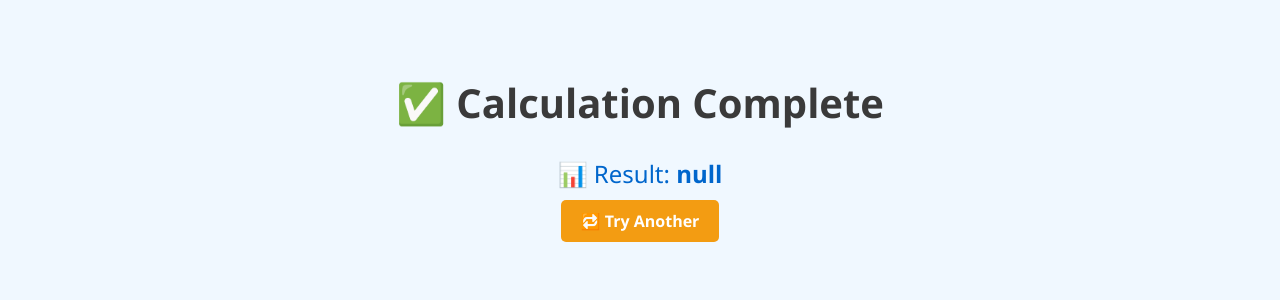
Repository: Shivamupa48/Java-Servlet-Project-
Page: http://localhost/MyWebCalc/result.jsp
These files come from the project's save history. The page is drawn as it stood at one moment and after the next save; the edit follows.
The browser window is 1280 px wide. The pictures show the whole page.
The page is served by Tomcat 10. Other server files are loaded and not shown.

Above is the page before, as saved 2025-07-28 06:20:24.

### MyWebCalc/src/main/webapp/result.jsp
<%@ page contentType="text/html;charset=UTF-8" %>
<!DOCTYPE html>
<html>
<head>
    <title>✅ Result</title>
    <link rel="stylesheet" href="style.css">
</head>
<body>
    <h1>✅ Calculation Complete</h1>
    <p class="result">📊 Result: <strong><%= request.getAttribute("result") %></strong></p>
    <a href="index.jsp" class="btn">🔁 Try Another</a>
</body>
</html>

### MyWebCalc/src/main/webapp/style.css
body {
    font-family: 'Segoe UI', sans-serif;
    background: #f0f8ff;
    text-align: center;
    padding: 40px;
    color: #333;

}

h1 {
    font-size: 2.5em;
    color: #3a3a3a;
}

form {
    background: #ffffff;
    padding: 25px;
    display: inline-block;
    border-radius: 12px;
    box-shadow: 0 8px 15px rgba(0, 0, 0, 0.1);
    margin-top: 20px;
}

input, select {
    padding: 12px;
    margin: 10px;
    width: 250px;
    font-size: 16px;
    border-radius: 6px;
    border: 1px solid #ccc;
}

button {
    padding: 12px 24px;
    background-color: #4CAF50;
    color: white;
    border: none;
    font-size: 16px;
    border-radius: 6px;
    cursor: pointer;
}

button:hover {
    background-color: #45a049;
}

.error {
    color: red;
    margin-top: 15px;
}

.result {
    font-size: 24px;
    color: #0066cc;
    margin-bottom: 20px;
}

a.btn {
    text-decoration: none;
    padding: 10px 20px;
    background-color: #f39c12;
    color: white;
    border-radius: 5px;
    font-weight: bold;
}

After the next save:
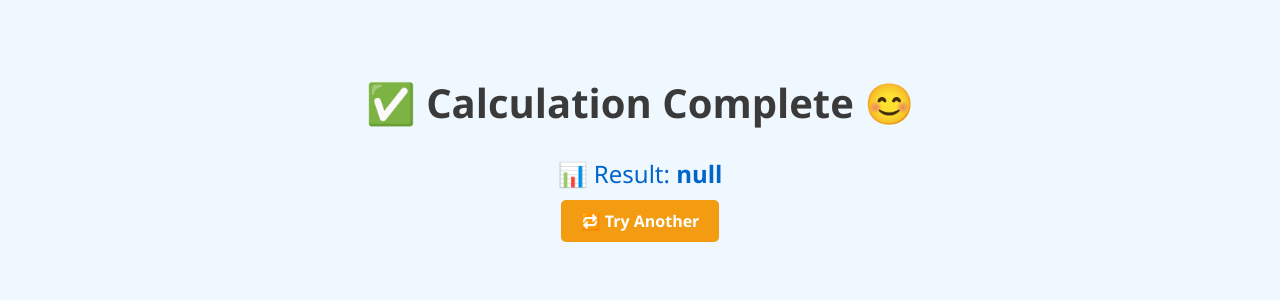
Saved 100 s later.
--- a/MyWebCalc/src/main/webapp/result.jsp
+++ b/MyWebCalc/src/main/webapp/result.jsp
@@ -6,7 +6,7 @@
     <link rel="stylesheet" href="style.css">
 </head>
 <body>
-    <h1>✅ Calculation Complete</h1>
+    <h1>✅ Calculation Complete 😊 </h1>
     <p class="result">📊 Result: <strong><%= request.getAttribute("result") %></strong></p>
     <a href="index.jsp" class="btn">🔁 Try Another</a>
 </body>
